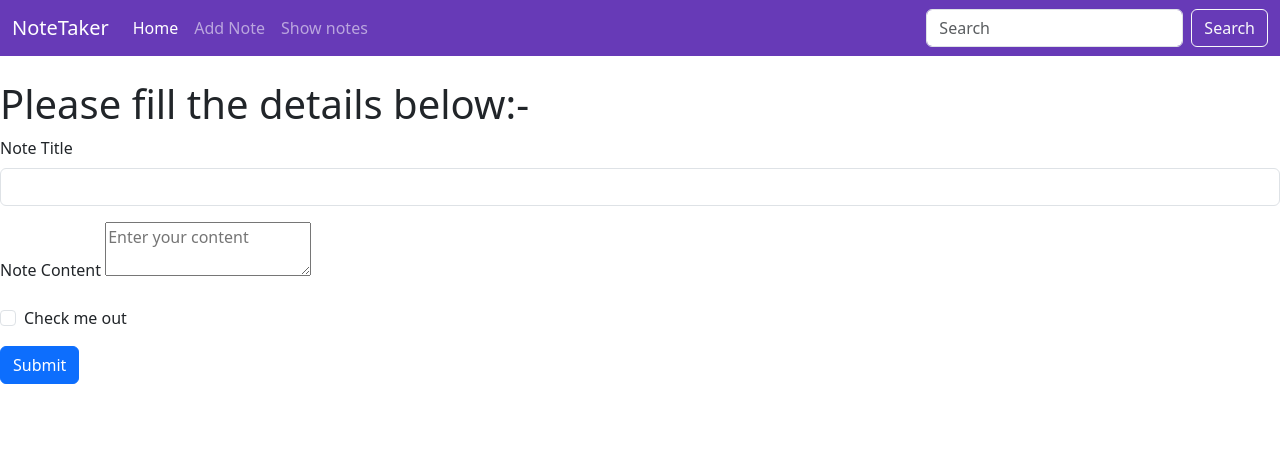
Repository: smritihbtu/Note-Maker
Page: http://localhost/NoteTaker/add_notes.jsp
These files come from the project's save history. The page is drawn as it stood at one moment and after the next save; the edit follows.
The browser window is 1280 px wide. The pictures show the whole page.
The page is served by Tomcat 9.

Above is the page before, as saved 2023-08-20 06:53:34.

After the next save:
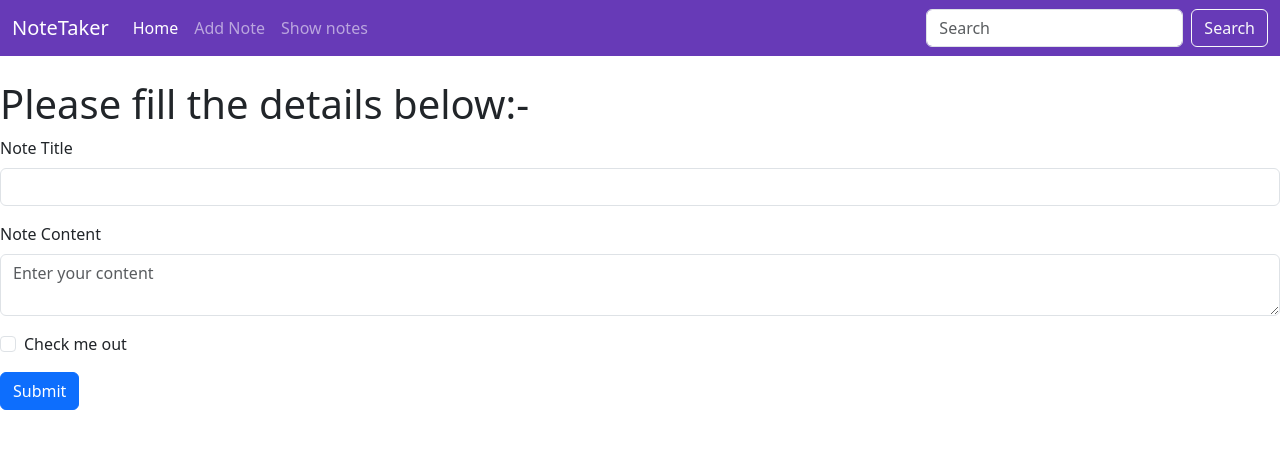
Saved 7 s later.
--- a/NoteTaker/src/main/webapp/add_notes.jsp
+++ b/NoteTaker/src/main/webapp/add_notes.jsp
@@ -30,7 +30,7 @@
   <div class="mb-3">
     <label for="exampleInputPassword1" class="form-label">Note Content</label>
     <textarea id="content" placeholder= "Enter your content"
-    class="formcontrol"></textarea>
+    class="form-control"></textarea>
   </div>
   <div class="mb-3 form-check">
     <input type="checkbox" class="form-check-input" id="exampleCheck1">
